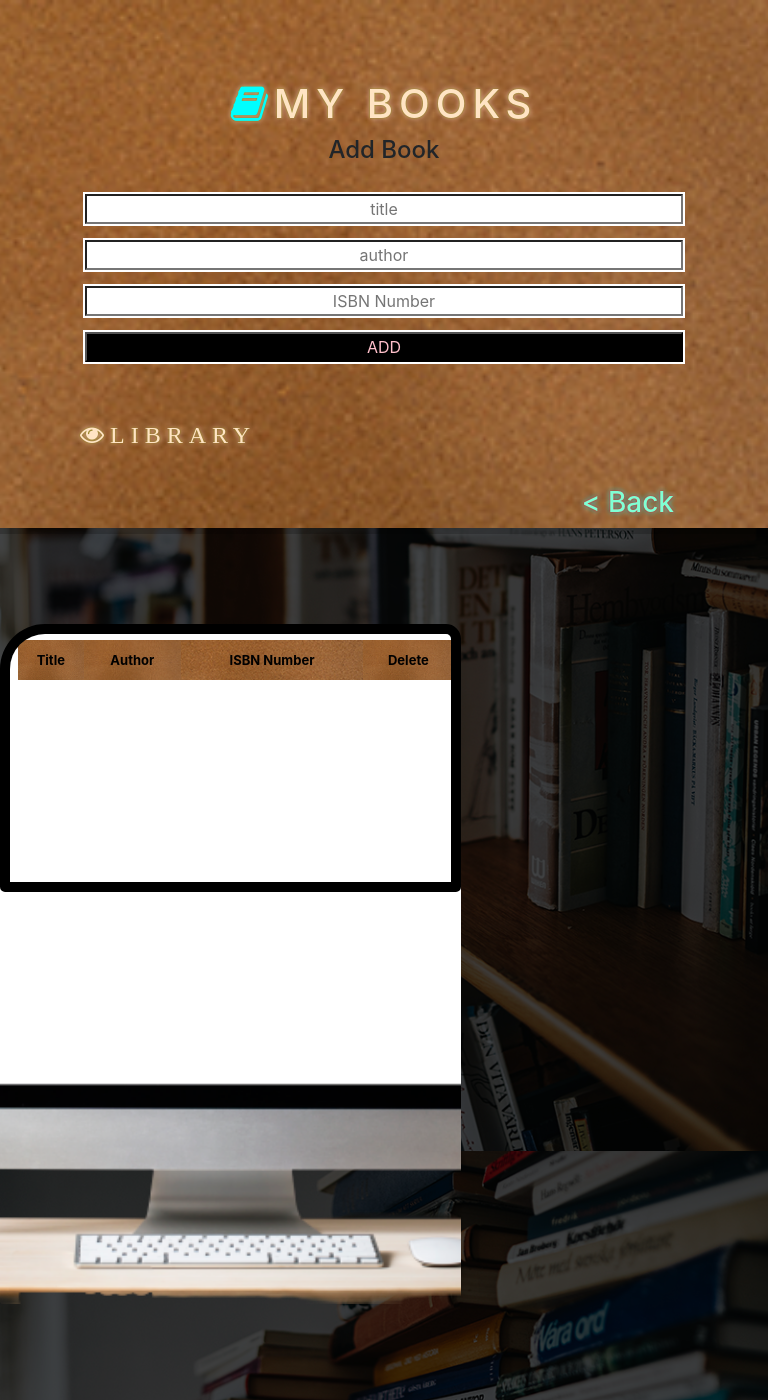
Repository: CSituma/Home-Library-App
Page: libu.html
An editor plug-in stored every save of this project. The page is shown before and after the next save, followed by the edit.
The browser window is 768 px wide. The pictures show the whole page.
Backgrounds fixed to the window are drawn as part of the page. Some web libraries are served in a nearby version.

Above is the page before, as saved 2020-11-10 21:56:49.

### libu.html
<!DOCTYPE html>
<html lang="en">
<head>
    <meta charset="UTF-8">
    <meta name="viewport" content="width=device-width, initial-scale=1.0">
    <meta http-equiv="X-UA-Compatible" content="ie=edge">
    <link rel="stylesheet" href="style.css">
    <link rel="stylesheet" href="https://cdnjs.cloudflare.com/ajax/libs/font-awesome/4.7.0/css/font-awesome.min.css"/>
<link rel="stylesheet" href="https://stackpath.bootstrapcdn.com/bootstrap/4.5.0/css/bootstrap.min.css" integrity="sha384-9aIt2nRpC12Uk9gS9baDl411NQApFmC26EwAOH8WgZl5MYYxFfc+NcPb1dKGj7Sk" crossorigin="anonymous"/>
<link rel="stylesheet" href="https://cdnjs.cloudflare.com/ajax/libs/animate.css/4.0.0/animate.min.css"/>
  <title>BOOK TRACKER</title>
</head>
<body>
    <div class="columns">
        <div class="js">

            <h1><i class="fa fa-book"></i>MY BOOKS</h1>
                        <h4>Add Book</h4>
            <form id="form">
                <input type= "text" id= "title"  placeholder="title">
                <input type= "text" id= "author" placeholder="author" >
                <input type= "text" id= "number" placeholder="ISBN Number">
                <input type= "submit"id= "button" value="ADD">
            </form>
        <h3> <a href= "./index.html"> < Back </a></h3>
        <h4 id="libur"><a href= "#storage"><i class="fa fa-eye">LIBRARY</i></a></h4>

        </div>
        <div class="storage" id="storage" >
              <div class="storage_items">
        <table id="table">
            <thead>
                <tr>
                <th id="title">Title</th>
                <th>Author</th>
                <th>ISBN Number</th>
                <th>Delete</th>
                </tr>
                </thead>
                <tbody class="Booklist" id="booklist">
                </tbody>
            </table>
            </div>
        </div>
</div>
    <script src="lib.js"></script>
 </body>
 </html>

### style.css
/*homepage//////////////*/
body,
html {
  max-width: 100%;
  margin: 0;
  padding: 0;
  max-height: 100%;
  background: url("./images/sandra-seitamaa-qkIWnKtGhg4-unsplash.jpg")
    center/cover no-repeat fixed;
}

.container {
  margin: 10em 20em 20em 20em;
  height: 400px;
  width: 40%;
  background-color: rgba(146, 116, 15, 0.445);
  text-align: center;
}

.lol {
  padding-top: 5em;
  font-weight: 800;
  font-style: italic;
}
span {
  color: yellow;
  font-weight: 400;
}
#lolone {
  color: ghostwhite;
}

h3 {
  padding-top: 4em;
  float: right;
  margin-right: 0.5em;
  font-weight: 900;
  font-size: 2rem;
  text-shadow: 0 0 3px #FF0000, 0 0 5px aqua;
}

h3 a {
  text-decoration: none;
 color: aquamarine;

}

h3 a:hover {
  text-decoration: none;
  color: burlywood;
}

#you {
  padding: 1rem;
  color: gold;
}

/*library////////////////*/
.columns {
  display: flex;
  justify-content: space-between;
  max-width: 100%;
  max-height: 100%;
  background: rgba(0, 0, 0, 0.692);

}
h1{
  letter-spacing: 6px;
  text-shadow: 0 0 3px olive, 0 0 5px pink;
  padding-top:2em;
  margin: 0;
  color: bisque;

}
table {
  background: black;
  width: 100%;
  margin:0.5em;
  margin-left:0.2em;
  text-align: center;
  color:white;

}


td{
  margin: 2em;
}
tr{
  border-left: white 5px solid;
  height: 40px;
}
th {
  color: black;
  background:url('./images/josephine-bredehoft-KsAo8ouBn8A-unsplash.jpg') center/cover no-repeat;
  outline: none;
}
tbody tr:nth-child(odd){
  background:white;
 color: olive;
}
tbody tr:nth-child(odd):hover {
  box-shadow: 0 0 0 2px white;

}
tbody tr:nth-child(even){
background:black;

}
tbody tr:nth-child(even):hover{
  box-shadow: 0 0 0 2px gray;
}

 .fa {
   color:aqua;
 }
 .fa:hover{
   font-size:1.6rem;
 }
form {
  padding: 0.3em;
  margin-top: 1em;
}

form input {
  width: 100%;
  margin: 0.5em 0;
  -webkit-box-shadow: 0 0 0 2px white;
  box-shadow: 0 0 0 2px white;
}

:placeholder-shown {
  text-align: center;
}

#button {
  color: pink;
  background-color: black;
}

/*/////////////////////////////////*/
.storage_items {

  background-color: white;
  width:100%;
  max-height: 70%;
  margin-left: 8em;
  margin-top: 5em;
  margin-bottom: 2em;
  border: rgb(0, 0, 0) 5px solid;
  border-style: groove;
  padding-bottom: 15em;
  overflow: scroll;
  scroll-behavior: smooth;
  scrollbar-width: 2px;
}
.storage {
  background:url("./images/1463-removebg-preview.png") center/cover no-repeat;
  width: 60%;
  height: 85vh;
  margin: 6em 3em 6em 0;
  border-radius: 3px;

}
.js {
  -webkit-box-shadow: 0 0 0 6px rgba(0, 0, 0, 0.191);
  box-shadow: 0 0 0 6px rgba(0, 0, 0, 0.191);
  text-align: center;
  width: 40%;
  margin: 6em 0em 6em 3em;
  background: url("./images/josephine-bredehoft-KsAo8ouBn8A-unsplash.jpg")
    center/cover no-repeat;
}

#libur .fa{
  margin-top: 2em;
 float: left;
 margin-left: 0;
color:bisque;
letter-spacing: 6px;
text-shadow: 0 0 3px olive, 0 0 5px pink;
}

@media screen and (max-width:1000px) {
  .storage{
    margin-right: 0;

    background: url("./images/719-removebg-preview.png") center/cover no-repeat;
  }
  .storage_items{
    margin:0;
    font-size: 13px;
   border: 10px solid black;
   border-radius: 45px;
   border-bottom-right-radius:5px;
   border-bottom-left-radius:5px;
   border-top-right-radius:15px;

   padding:0;
   padding-bottom: 15em;

}

.js{
  margin: 0;}


}

@media screen and (min-width:1000px) {

 .storage_items{
  max-height: 60%;
    width: 400px;
    height: 50%;
    margin-left: 10em;
    margin-top: 5.5em;

  }


 }

 @media screen and (max-width:800px)
 {
   .storage{
        max-width:100% ;
   }
  .storage_items{
    margin:0;
    font-size: 13px;
   border: 10px solid black;
   border-radius: 45px;
   border-bottom-right-radius:5px;
   border-bottom-left-radius:5px;
   border-top-right-radius:15px;
   padding:0;
   padding-bottom: 15em;

}
.columns{
  flex-direction: column;
}
.js{
  width:100%;
  padding: 0 5em;
 }

 }

### lib.js
// Book Class: Represents a Book
class Book {
  constructor(title, author, isbn) {
    this.title = title;
    this.author = author;
    this.isbn = isbn;
  }
}

// UI Class: Handle UI Tasks
class UI {
//display Books.//
static displayBooks () {
 const books = Store.getBooks();
 books.forEach(((book) =>
  UI.addBookToList(book)));
}


//addbooks
static addBookToList(book) {

const bookList = document.querySelector('#booklist');
const row = document.createElement('tr');

row.innerHTML= `<td>${book.title} </td>
               <td>${book.author}</td>
               <td>${book.isbn}</td>
              <td><i class="fa fa-trash-o"></i></td>`;

bookList.appendChild(row);

}


//deletebooks
static deleteBook(el){
 if(el.classList.contains('fa')){
   el.parentElement.parentElement.remove();
  }}

////show alert msg
static showAlert(message, className){
const div = document. createElement('div');
div.className = `alert alert-${className}`;
div.appendChild(document.createTextNode(message));
const button = document.getElementById('button');
const form = document.getElementById('form');


form.insertBefore(div, button);


//message vanishing//

setTimeout(() => {
  document.querySelector('.alert').remove();
}, 3000);

}

//clear fields//

static clearFields() {
  document.querySelector('#title').value = '';
  document.querySelector('#author').value = '';
  document.querySelector('#number').value = '';
}

}

///Events:
/* 1. Display Books */

document.addEventListener('DOMContentLoaded', UI.displayBooks);

/* 2. Add Books*/
document.querySelector("#form").addEventListener('submit',(e) =>
{
e.preventDefault();
///get form values//
const title = document.querySelector('#title').value;
const author = document.querySelector('#author').value;
const isbn = document.querySelector('#number').value;

  // Validate
 if(title ===''|| author===''|| isbn===''){
   UI.showAlert('Please fill in the Form', 'danger')
 }
else{
  //instantiate Book
  const book = new Book(title,author,isbn);

//////Adding
UI.addBookToList(book);

Store.addBook(book);

///Show Sucess Message
UI.showAlert('Added', 'success');
//Clearfields
UI.clearFields();


 }
}
);


/////3. Remove BOOK////
document.querySelector('#booklist').addEventListener('click', (e)=>{
e.preventDefault();
//deleting from UI

UI.deleteBook(e.target);
///deleting from Store
Store.removeBook(e.target.parentElement.previousElementSibling.textContent);
//Message
UI.showAlert('Book Deleted', 'danger');

}
);

///localStorage
class Store{
  static getBooks(){
    let books;
   if (localStorage.getItem('books') === null){
     books = [];
   }
   else {
     books = JSON.parse(localStorage.getItem('books'));
   }
   return books;
  }

  static addBook(book){
    const books= Store.getBooks();
    books.push(book);
   localStorage.setItem('books',JSON.stringify(books));
  }
  static removeBook(isbn) {
    const books = Store.getBooks();

    books.forEach((book, index) => {
      if(book.isbn === isbn) {
        books.splice(index, 1);
      }
    });
    localStorage.setItem('books', JSON.stringify(books));
  }
}

After the next save:
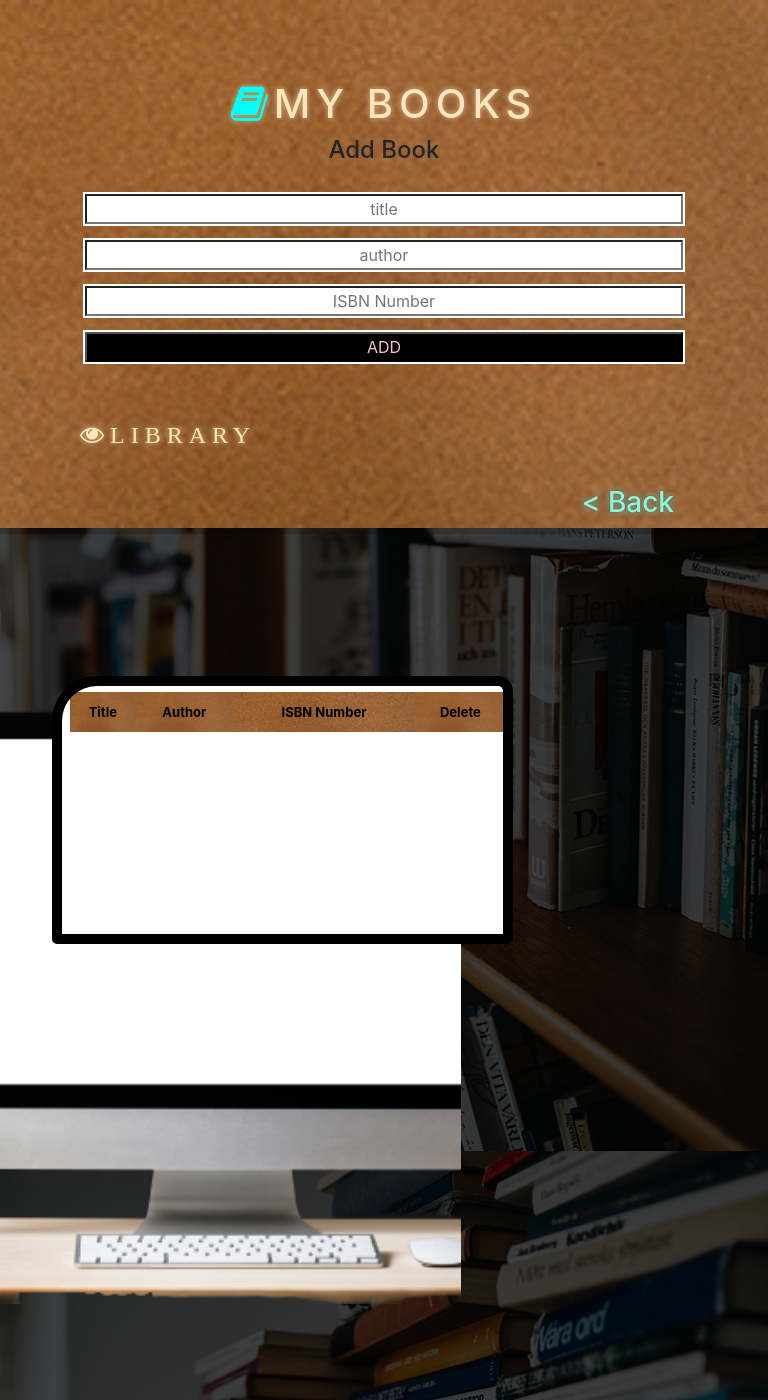
Saved 43 s later.
--- a/style.css
+++ b/style.css
@@ -227,7 +227,7 @@ text-shadow: 0 0 3px olive, 0 0 5px pink;
         max-width:100% ;
    }
   .storage_items{
-    margin:0;
+    margin:4em;
     font-size: 13px;
    border: 10px solid black;
    border-radius: 45px;
